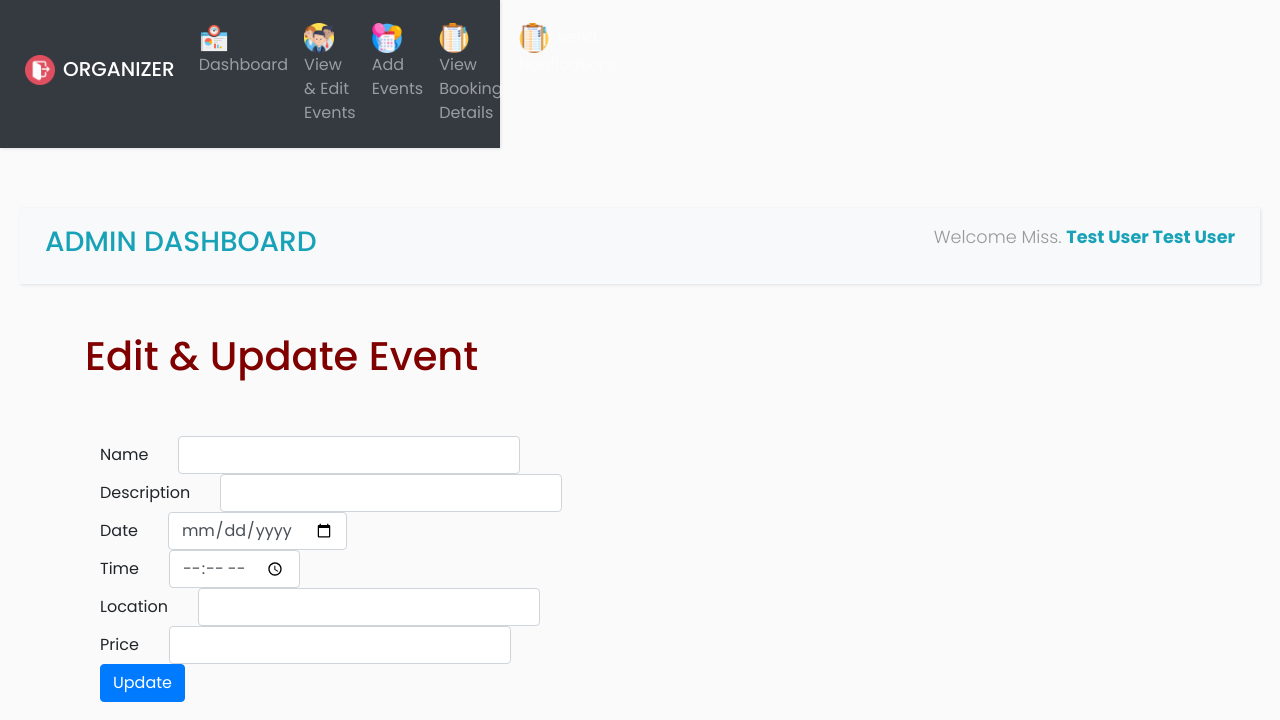
Repository: kalaprabhakar/Event_Management
Page: http://localhost/Event_Management_System/WEB-INF/pages/update_event.jsp
These files come from the project's save history. The page is drawn as it stood at one moment and after the next save; the edit follows.
The browser window is 1280 px wide. The pictures show the whole page.
An inner scrolling area shows only its first screen. Some web libraries are served in a nearby version. The page is served by Tomcat 10. The session is filled in as if someone had signed in: {"Admin_firstname": "Test User", "Admin_lastname": "Test User", "Admin_email": "test@example.com", "Admin_phone": 1, "Admin_address": 1, "Admin_gender": 1, "Admin_id": 1, "Admin_role": "admin", "User_firstname": "Test User", "User_lastname": "Test User", "User_email": "test@example.com", "User_phone": 1, "User_address": 1, "User_gender": 1, "User_id": 1, "User_role": "admin"}. The template is opened directly, without the code that normally fills it, so the values that code supplies are empty.

Above is the page before, as saved 2024-05-10 12:30:52.

After the next save:
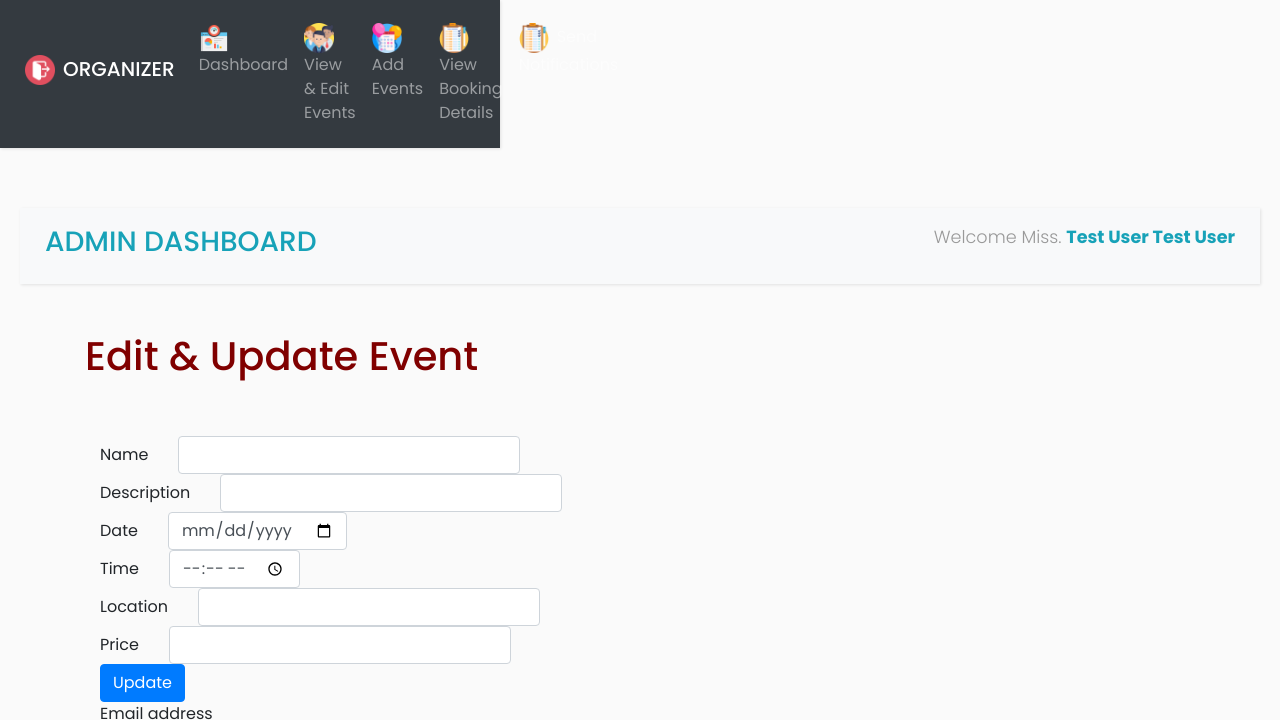
Saved 2 min 22 s later.
--- a/Hyscaler/Event_Management_System/src/main/webapp/WEB-INF/pages/update_event.jsp
+++ b/Hyscaler/Event_Management_System/src/main/webapp/WEB-INF/pages/update_event.jsp
@@ -131,6 +131,23 @@ if (session.getAttribute("Admin_email") == null) {
 			</form:form>
 
 
+                    <form>
+  <div class="mb-3">
+    <label for="exampleInputEmail1" class="form-label">Email address</label>
+    <input type="email" class="form-control" id="exampleInputEmail1" aria-describedby="emailHelp">
+    <div id="emailHelp" class="form-text">We'll never share your email with anyone else.</div>
+  </div>
+  <div class="mb-3">
+    <label for="exampleInputPassword1" class="form-label">Password</label>
+    <input type="password" class="form-control" id="exampleInputPassword1">
+  </div>
+  <div class="mb-3 form-check">
+    <input type="checkbox" class="form-check-input" id="exampleCheck1">
+    <label class="form-check-label" for="exampleCheck1">Check me out</label>
+  </div>
+  <button type="submit" class="btn btn-primary">Submit</button>
+</form>
+
 
 
 
